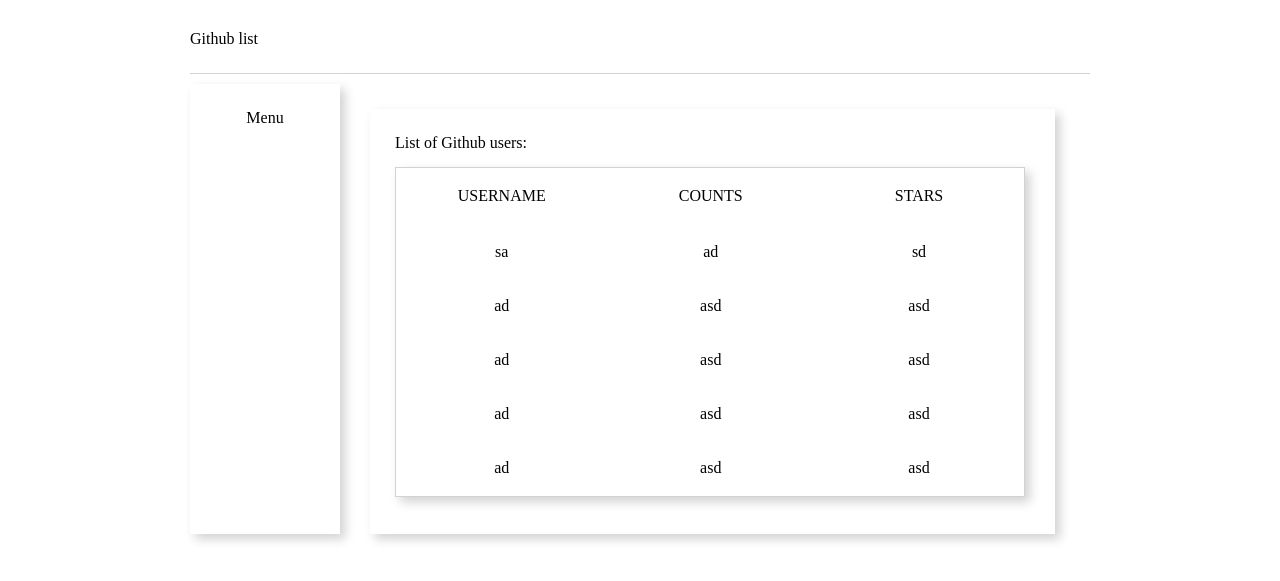
Repository: SzymonRoche/gitStars
Page: index.html
An editor plug-in stored every save of this project. The page is shown before and after the next save, followed by the edit.
The browser window is 1280 px wide. The pictures show the whole page.

Above is the page before, as saved 2020-02-15 18:11:16.

After the next save:
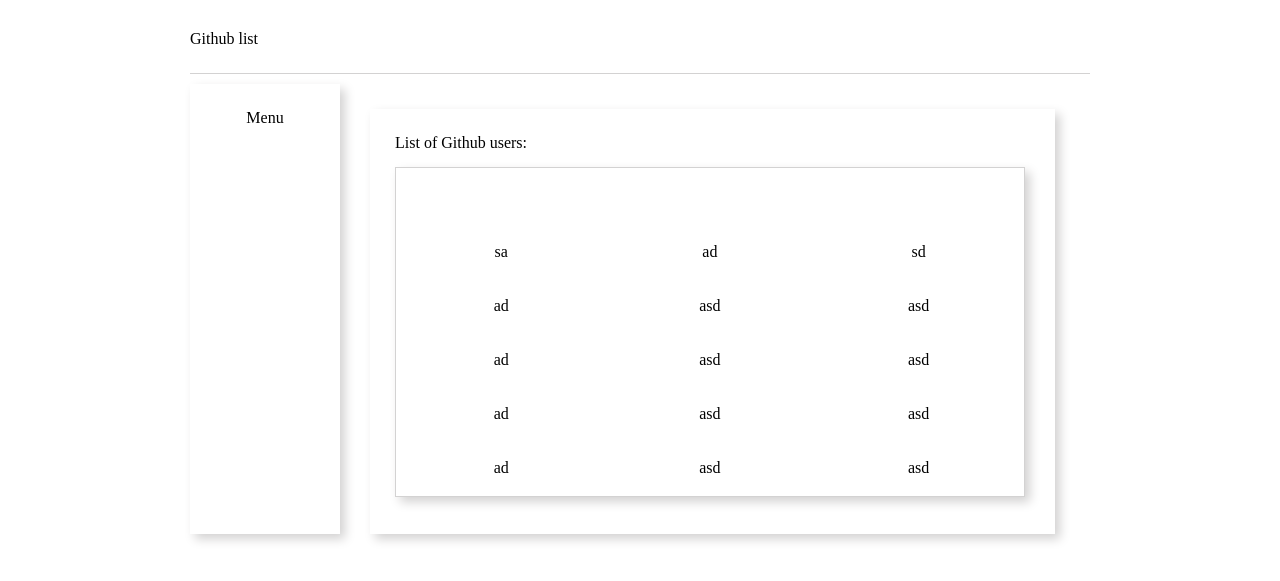
Console error: ReferenceError: topLeft is not defined
Saved 12 s later.
--- a/main.js
+++ b/main.js
@@ -7,7 +7,7 @@
     const tabela = tab.insertRow(0);
 
 
-    const topLeft = tabela.insertCell(0);
+    const topthisLeft = tabela.insertCell(0);
     const topMiddle = tabela.insertCell(1);
     const TopRight = tabela.insertCell(2);
 

After the 2 saves that followed:
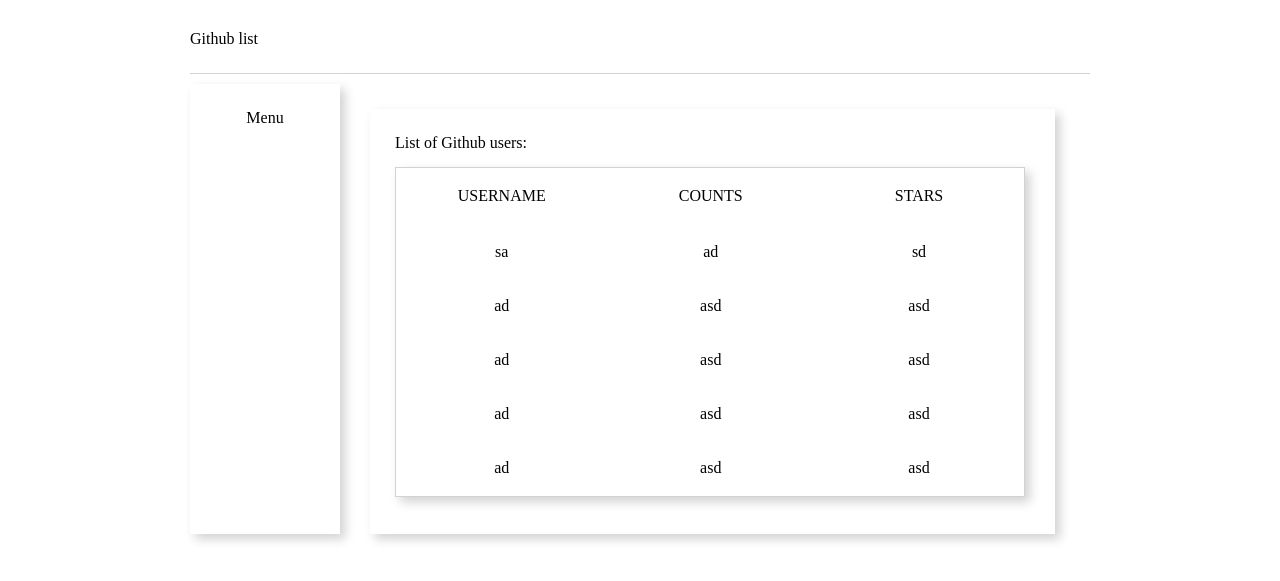
The error is gone.
The 2 saves are shown as one change because they came seconds apart.
The last was saved 13 s later.
--- a/main.js
+++ b/main.js
@@ -7,7 +7,7 @@
     const tabela = tab.insertRow(0);
 
 
-    const topthisLeft = tabela.insertCell(0);
+    const topLeft = tabela.insertCell(0);
     const topMiddle = tabela.insertCell(1);
     const TopRight = tabela.insertCell(2);
 
